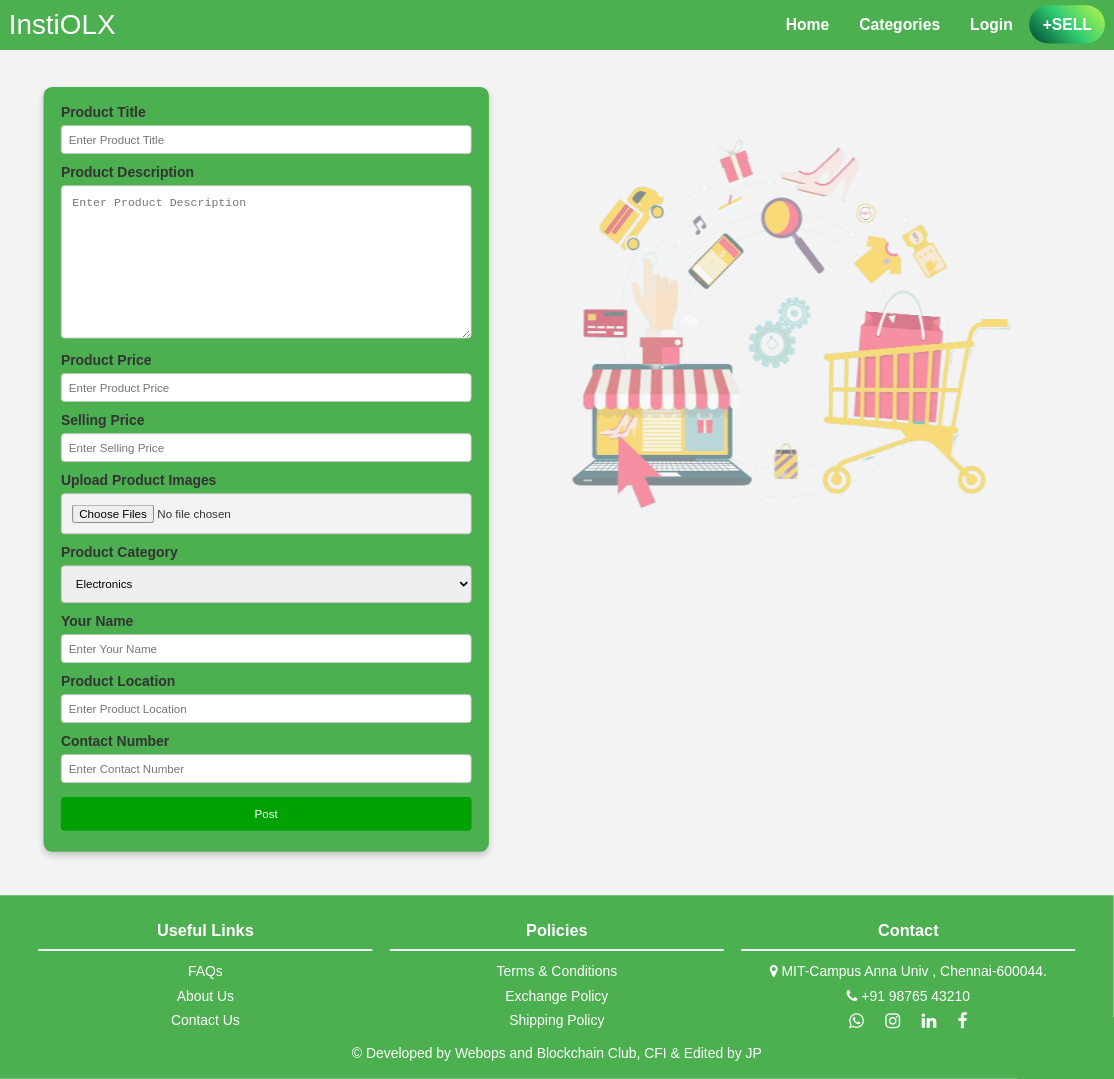
Repository: John-Prabu-A/web-dev-summer-school
Page: Session_1_Assignment/sell.html
An editor plug-in stored every save of this project. The page is shown before and after the next save, followed by the edit.
The browser window is 1280 px wide. The pictures show the whole page, at 87% of full size.

Above is the page before, as saved 2024-06-20 17:05:09.

### Session_1_Assignment/sell.html
<!DOCTYPE html>
<html lang="en">

<head>
    <meta charset="UTF-8">
    <meta name="viewport" content="width=device-width, initial-scale=1.0">
    <title>InstiOLX</title>
    <link rel="stylesheet" href="Styles.css">
    <link rel="stylesheet" href="https://cdnjs.cloudflare.com/ajax/libs/font-awesome/4.7.0/css/font-awesome.min.css">
    <link rel="stylesheet" href="sell-page.css">
</head>

<body>
    <header>
        <div id="logo">InstiOLX</div>
        <div class="navbar">
            <a href="/Session_1_Assignment/index.html">Home</a>
            <span class="nav-link">
                <a href="#">Categories</a>
                <a href="#">Login</a>
                <a href="/Session_1_Assignment/sell.html"
                    style="background:linear-gradient(45deg, #03442e, #2ECC71 , #BDF74B );text-align:center;border-radius:40px;">+SELL</a>
            </span>
        </div>
    </header>

    <img src="/Session_1_Assignment/sell-page-bg.png" alt="sell-page-image">
    <form action="" class="container" method="post">
        <label for="product-title"><b>Product Title</b></label>
        <input type="text" placeholder="Enter Product Title" name="product-title" required>

        <Lable for="product-description"><b>Product Description</b></Lable>
        <textarea name="product-description" id="product-description" cols="30" rows="10"
            placeholder="Enter Product Description" required></textarea>

        <label for="product-price"><b>Product Price</b></label>
        <input type="text" placeholder="Enter Product Price" name="product-price" required>

        <label for="selling-price"><b>Selling Price</b></label>
        <input type="text" placeholder="Enter Selling Price" name="selling-price" required>

        <!-- multiple photo upload -->
        <label for="product-image"><b>Upload Product Images</b></label>
        <input type="file" name="product-image" id="product-image" multiple required>

        <label for="product-category"><b>Product Category</b></label>
        <select name="product-category" id="product-category" required>
            <option value="electronics">Electronics</option>
            <option value="furniture">Furniture</option>
            <option value="vehicles">Vehicles</option>
            <option value="clothing">Clothing</option>
            <option value="books">Books</option>
            <option value="miscellaneous">Miscellaneous</option>
            <option value="other">Other</option>
        </select>

        <label for="seller-name"><b>Your Name</b></label>
        <input type="text" placeholder="Enter Your Name" name="seller-name" required>

        <label for="product-location"><b>Product Location</b></label>
        <input type="text" placeholder="Enter Product Location" name="product-location" required>

        <label for="product-contact"><b>Contact Number</b></label>
        <input type="text" placeholder="Enter Contact Number" name="product-contact" required>

        <button type="submit">Post</button>
    </form>
    <footer class="footer">
        <div class="footer-container">
            <div class="footer-column">
                <h3>Useful Links</h3>
                <ul>
                    <li><a href="#">FAQs</a></li>
                    <li><a href="#">About Us</a></li>
                    <li><a href="#">Contact Us</a></li>
                </ul>
            </div>
            <div class="footer-column">
                <h3>Policies</h3>
                <ul>
                    <li><a href="#">Terms & Conditions</a></li>
                    <li><a href="#">Exchange Policy</a></li>
                    <li><a href="#">Shipping Policy</a></li>
                </ul>
            </div>
            <div class="footer-column">
                <h3>Contact</h3>
                <p><i class="fa fa-map-marker"></i> MIT-Campus Anna Univ , Chennai-600044.</p>
                <p><i class="fa fa-phone"></i> +91 98765 43210</p>
                <div class="social-icons">
                    <a href="#" class="fa fa-whatsapp"></a>
                    <a href="#" class="fa fa-instagram"></a>
                    <a href="#" class="fa fa-linkedin"></a>
                    <a href="#" class="fa fa-facebook"></a>
                </div>
            </div>
            © Developed by Webops and Blockchain Club, CFI & Edited by JP
        </div>
    </footer>
</body>

</html>

### Session_1_Assignment/Styles.css
* {
    box-sizing: border-box;
    margin: 0;
    padding: 0;
}

body {
    font-family: 'Gill Sans', 'Gill Sans MT', Calibri, 'Trebuchet MS', sans-serif;
    background-color: white;
    color: #333;
}

header{
    background-color: #4CAF50;
    color: white;
    padding: 10px;
    display: flex;
    justify-content: space-between;
    align-items: center;
    position: fixed;
    width: 100%;
    z-index: 100;
  }
  header #logo {
    font-size: 2em;
  }

  header .navbar a{
    color: white;
    font-weight: bold;
    font-size: 18px;
    padding: 12px 15px;
    text-decoration: none;
  }
  header .navbar a:hover{
    background-color: #45a049;
  }
.banner {
    position: relative;
    padding: 60px 0 0 0;
}

.banner img {
    width: 100%;
}

.search-bar {
    margin: 20px;
    display: flex;
    justify-content: center;
}

.search-bar input[type="text"] {
    width: 300px;
    padding: 10px;
    border: 2px solid #4CAF50;
    border-radius: 5px 0 0 5px;
    border-right: 0;
    outline: none;             /*On starting to type it creates balck border by default,so to avoid it v use this*/
}

.search-bar button {
    padding: 10px 20px;
    border: 2px solid #4CAF50;
    border-left: 0;
    background-color: #4CAF50;
    color: white;
    cursor: pointer;
    border-radius: 0 5px 5px 0;
}

.search-bar button:hover {
    background-color: #45a049;
}

.slideshow-container {
    display: flex;
    justify-content: center;
    gap: 50px;
    flex-wrap: wrap;
}

.slideshow {
    position: relative;
    width: 350px;
    height: 350px;
    overflow: hidden;
    border-radius: 20px;
    border: 2px solid #ddd;
    box-shadow: 0 0 10px rgba(0, 0, 0, 0.1);
}

.slideshow-image {
    position: absolute;
    width: 100%;
    height: 100%;
    background-size: cover;
    opacity: 0;
    animation-iteration-count: infinite;
}

.image1 { background-image: url('https://encrypted-tbn0.gstatic.com/images?q=tbn:ANd9GcQVwGVsuaL7RGKo6A_Sqq83s5_6XYFMhHsjug&s');
          animation-name: fade1;
          animation-duration: 4s; }
.image2 { background-image: url('https://5.imimg.com/data5/WS/NI/FV/SELLER-11710265/mad-maxx-bicycles-avengers-single-kids-cycle-500x500.jpg');
          animation-name: fade2;
          animation-duration: 4s; }
.image3 { background-image: url('https://5.imimg.com/data5/SELLER/Default/2022/7/YX/MH/UK/153492086/pulsar-150cc-twin-disk-500x500.png');
          animation-name: fade3;
          animation-duration: 4s; }
.image4 { background-image: url('https://cpimg.tistatic.com/07673503/b/4/Toyota-Innova-Crysta.jpg');
          animation-name: fade1;
          animation-duration: 4s; }
.image5 { background-image: url('https://tiimg.tistatic.com/fp/1/007/862/most-advanced-modern-premium-lg-7-kg-front-fully-automatic-washing-machine-255.jpg');
          animation-name: fade2;
          animation-duration: 4s; }
.image6 { background-image: url('https://5.imimg.com/data5/SELLER/Default/2022/3/MI/KE/UL/19250422/whirlpool-1-0-ton-3-star-inverter-split-ac-500x500.jpg');
          animation-name: fade3;
          animation-duration: 4s; }
.image7 { background-image: url('https://5.imimg.com/data5/SELLER/Default/2021/8/HZ/XR/AC/8962391/household-vacuum-cleaner-500x500.jpg');
          animation-name: fade1;
          animation-duration: 4s; }
.image8 { background-image: url('https://static.nbastore.in/resized/500X500/50/nba-authentic-series-indoor-outdoor-basketball-size-7-brown-65146fd7e6af2.jpg');
          animation-name: fade2;
          animation-duration: 4s; }
.image9 { background-image: url('https://m.media-amazon.com/images/I/61KOc8c4xQL._SL1200_.jpg');
          animation-name: fade3;
          animation-duration: 4s; }

@keyframes fade1 {
    0%, 33.33% { opacity: 1; }
    33.34%, 100% { opacity: 0; }
}
@keyframes fade2 {
    0%, 33.33% { opacity: 0; }
    33.34%, 66.66% { opacity: 1; }
    66.67%, 100% { opacity: 0; }
}
@keyframes fade3 {
    0%, 66.66% { opacity: 0; }
    66.67%, 100% { opacity: 1; }
}

.container {
    position: relative;
    max-width: 100%;
  }

    .image {
        opacity: 1;
        display: block;
        width: 100%;
        height: auto;
    }

  .middle {
    opacity: 0;
    width: 80%;
    position: absolute;
    top: 50%;
    left: 50%;
    transform: translate(-50%, -50%);
    text-align: center;
  }
  .text {
    color: #4CAF50;
    font-size: 16px;
    padding: 16px 32px;
  }
  .container:hover .image {
    opacity: 0.3;
  }

  .container:hover .middle {
    opacity: 1;
  }


.product-listings {
    display: flex;
    flex-wrap: wrap;
    justify-content: center;
    margin: 20px;
    border: 5px solid #4CAF50;
    border-radius: 15px;
    padding: 25px;
}

.product {
    background-color: white;
    border: 2px solid #e0e0e0;
    border-radius: 10px;
    margin: 30px;
    padding: 15px;
    width: 220px;
    text-align: center;
    transition: transform 0.5s, box-shadow 0.3s;
}

.product:hover {
    box-shadow: 0 4px 8px rgba(0, 0, 0, 0.2);
    transform: scale(1.05);
}

.product img {
    max-width: 100%;
    border-bottom: 1px solid #e0e0e0;
    margin-bottom: 10px;
}

.product-info h2 {
    font-size: 1.2em;
    margin-bottom: 10px;
    color: #4CAF50;
}

.product-info p {
    font-size: 1em;
    color: #777;
}

.footer {
    background-color: #4CAF50;
    color: white;
    text-align: center;
    padding: 20px 0;
    margin-top: 40px;
}

.footer-container {
    display: flex;
    flex-wrap: wrap;
    justify-content: center;
}

.footer-column {
    width: 30%;
    margin: 10px;
}

.footer-column h3 {
    border-bottom: 2px solid #fff;
    padding-bottom: 10px;
    margin-bottom: 15px;
}

.footer-column ul {
    list-style-type: none;
}

.footer-column ul li {
    margin: 10px ;
}

.footer-column ul li a {
    color: white;
    text-decoration: none;
}

.footer-column p {
    margin-top: 10px;
}

.footer-column .social-icons {
    margin-top: 10px;
}

.footer-column .social-icons a {
    color: white;
    text-decoration: none;
    margin: 0 10px;
    font-size: 20px;
}


@media screen and (max-width: 780px) {

    .slideshow-container {
        flex-direction: column;
        gap: 20px;
    }

    .slideshow {
        margin:auto;
    }

    .nav-link {
        display: none;
    }

    .middle {
        display: none;
    }

    .product {
        width: 100%;
    }
    .product-listings {
        margin: 10px;
    }
    .footer-column {
        width: 100%;
    }
    .footer-column ul {
        text-align: center;
    }
    .footer-column .social-icons {
        text-align: center;
    }
    .footer-column .social-icons a {
        margin: 0 5px;
    }
}

### Session_1_Assignment/sell-page.css
body {
    font-family: Arial, Helvetica, sans-serif;
    background-color: #f3f3f3;
}

img {
    display: block;
    position: fixed;
    right: 0;
    top: 15%;
    padding: 16px;
    width: 60%;
    height: auto;
    z-index: -1;
    box-sizing: border-box;
    opacity: 0.5;
    transition: opacity 0.2s ease-out;
}

.sticky-container {
    position: -webkit-sticky;
    position: sticky;
    top: 0;
    height: 100px;
}

.container {
    display: block;
    position: relative;
    top: 100px;
    padding: 16px;
    margin: 0 20px 150px 50px;
    background-color: #4CAF50;
    padding: 20px;
    width: 40%;
    border-radius: 10px;
    box-shadow: 0 4px 8px 0 rgba(0, 0, 0, 0.2);
}

input[type=text],
select,
textarea {
    width: 100%;
    padding: 8px;
    border: 1px solid #ccc;
    border-radius: 4px;
    box-sizing: border-box;
    margin-top: 6px;
    margin-bottom: 12px;
    resize: vertical;
}

button {
    background-color: #00a105;
    color: white;
    padding: 12px 20px;
    margin: 4px 0;
    border: none;
    border-radius: 4px;
    cursor: pointer;
    width: 100%;
}

button:hover {
    background-color: #007506;
    scale: 1.05;
}

.container label {
    font-weight: bold;
}

.container select {
    width: 100%;
    padding: 12px;
    border: 1px solid #ccc;
    border-radius: 4px;
    box-sizing: border-box;
    margin-top: 6px;
    margin-bottom: 12px;
    resize: vertical;
}

.container textarea {
    width: 100%;
    padding: 12px;
    border: 1px solid #ccc;
    border-radius: 4px;
    box-sizing: border-box;
    margin-top: 6px;
    margin-bottom: 12px;
    resize: vertical;
}

.container input[type=file] {
    width: 100%;
    padding: 12px;
    border: 1px solid #ccc;
    background-color: #f3f3f3;
    border-radius: 4px;
    box-sizing: border-box;
    margin-top: 6px;
    margin-bottom: 12px;
    resize: vertical;
}

@media (max-width: 768px) {
    .product-listings {
        margin: 10px;
    }

    .product {
        margin: 10px;
    }

    img {
        width: 100%;
        margin: 0 auto;
        top: 50px;
        display: block;
        position: relative;
    }

    .container {
        width: 80dvw;
        margin-top: 0px;
        top: 0;
    }

    .footer-column {
        width: 100%;
    }
}

After the next save:
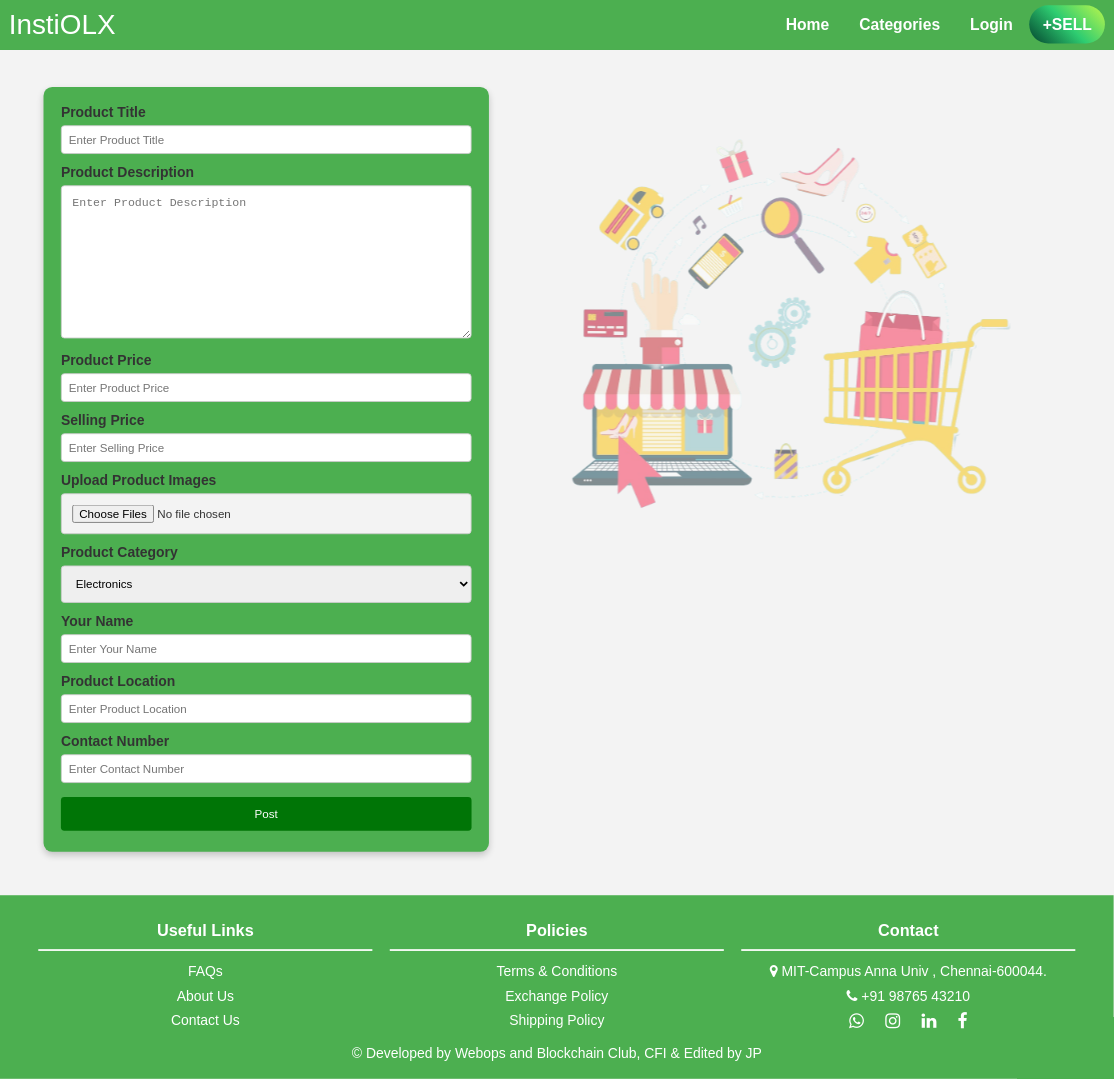
Saved 3 min 39 s later.
--- a/Session_1_Assignment/sell-page.css
+++ b/Session_1_Assignment/sell-page.css
@@ -51,7 +51,7 @@ textarea {
 }
 
 button {
-    background-color: #00a105;
+    background-color: #007506;
     color: white;
     padding: 12px 20px;
     margin: 4px 0;
@@ -62,7 +62,9 @@ button {
 }
 
 button:hover {
-    background-color: #007506;
+    background-color: #fff;
+    color: #007506;
+    border: 1px solid #007506;
     scale: 1.05;
 }
 
